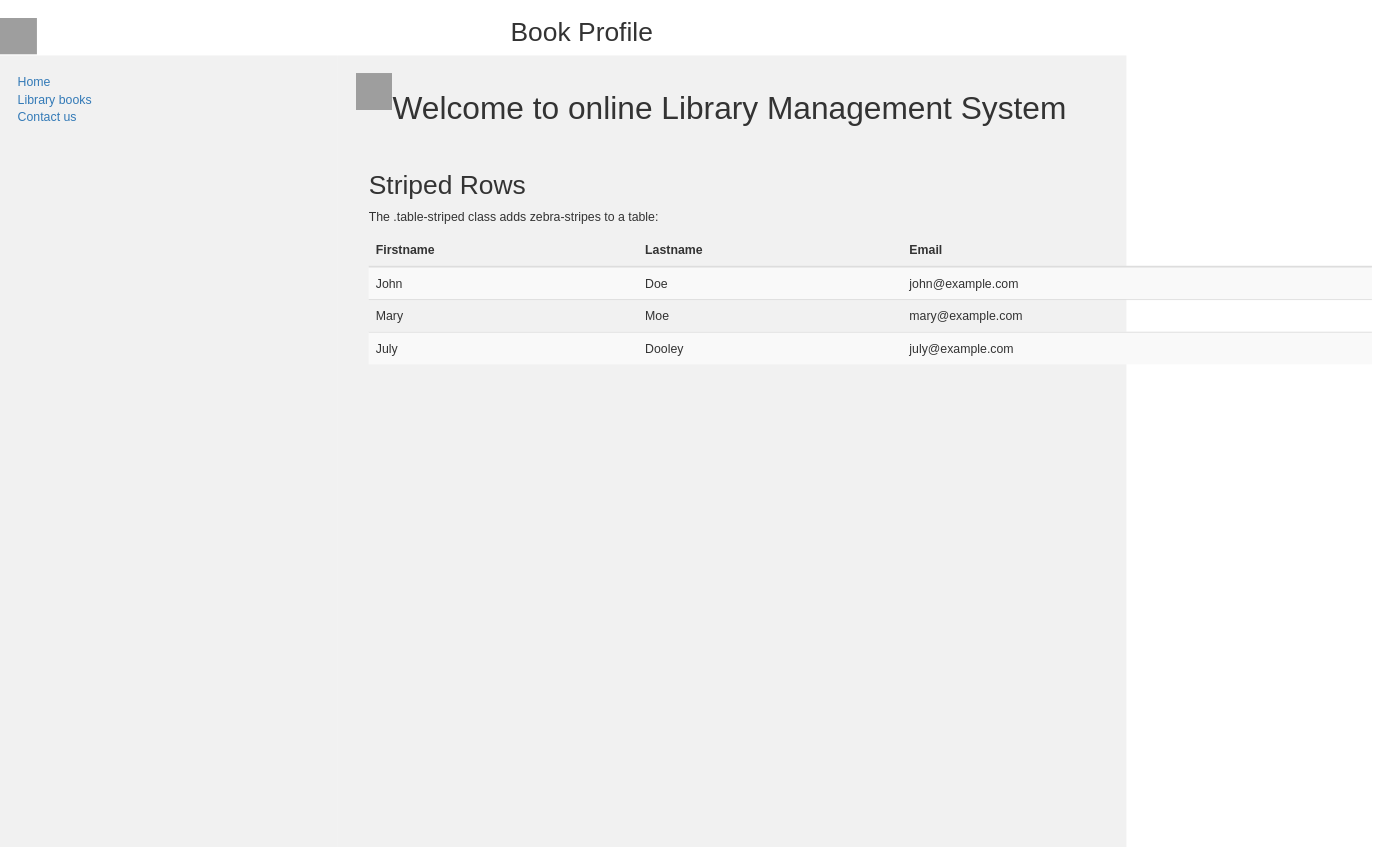
Repository: sandunigayanjali/Library_System
Page: http://localhost/library_management/bookProfille.jsp
An editor plug-in stored every save of this project. The page is shown before and after the next save, followed by the edit.
The browser window is 1280 px wide. The page is 1574 px wide, so the pictures cover 1574 px, including what lies to the right of the window. The pictures show the whole page, at 88% of full size.
Pictures or frames that could not be fetched are drawn as grey boxes. The page is served by Tomcat 9.

Above is the page before, as saved 2018-11-24 12:41:58.

### library management/WebContent/bookProfille.jsp
<%@ page language="java" contentType="text/html; charset=ISO-8859-1"
    pageEncoding="ISO-8859-1"%>
<!DOCTYPE html PUBLIC "-//W3C//DTD HTML 4.01 Transitional//EN" "http://www.w3.org/TR/html4/loose.dtd">
<html>
<head>
<meta http-equiv="Content-Type" content="text/html; charset=ISO-8859-1">
<meta charset="utf-8">
<meta name="viewport" content="width=device-width, initial-scale=1">
<link rel="stylesheet" href="https://maxcdn.bootstrapcdn.com/bootstrap/3.3.7/css/bootstrap.min.css">
  <script src="https://ajax.googleapis.com/ajax/libs/jquery/3.3.1/jquery.min.js"></script>
  <script src="https://maxcdn.bootstrapcdn.com/bootstrap/3.3.7/js/bootstrap.min.js"></script>
<title>Insert title here</title>

<style>
* {
    box-sizing: border-box;
}

body {
    font-family: Arial, Helvetica, sans-serif;
}

/* Style the header */
header {
    background-color: #666;
    padding: 30px;
    text-align: center;
    font-size: 35px;
    color: white;
}

/* Create two columns/boxes that floats next to each other */
nav {
    float: left;
    width: 30%;
    height: 900px; /* only for demonstration, should be removed */
    background: #f1f1f1;
    padding: 20px;
}

/* Style the list inside the menu */
nav ul {
    list-style-type: none;
    padding: 0;
}

article {
    float: left;
    padding: 20px;
    width: 70%;
    background-color: #f1f1f1;
    height: 900px; /* only for demonstration, should be removed */
}

/* Clear floats after the columns */
section:after {
    content: "";
    display: table;
    clear: both;
}
image{
align:center;
}


/* Responsive layout - makes the two columns/boxes stack on top of each other instead of next to each other, on small screens */
@media (max-width: 600px) {
    nav, article {
        width: 100%;
        height: 100%;
    }
}
</style>


</head>
<body>
<center>
<img src="E:\desktop\level 2 semester 2\PROJECT\th.jpg" alt="HTML tutorial" style="float:left;width:42px;height:42px;border:0;">
<h2>Book Profile</h2>
</center>

<section>
  <nav>
    <ul>
      <li><a href="#">Home</a></li>
      <li><a href="#">Library books</a></li>
      <li><a href="#">Contact us</a></li>
    </ul>
  </nav>

  <article>

<image> <img src="E:\desktop\level 2 semester 2\PROJECT\lib.jpg" alt="HTML tutorial" style="float:left;width:42px;height:42px;border:0;"></image><br>
    <h1>Welcome to online Library Management System</h1>

    <br>
    <div class="container">
  <h2>Striped Rows</h2>
  <p>The .table-striped class adds zebra-stripes to a table:</p>
  <table class="table table-striped">
    <thead>
      <tr>
        <th>Firstname</th>
        <th>Lastname</th>
        <th>Email</th>
      </tr>
    </thead>
    <tbody>
      <tr>
        <td>John</td>
        <td>Doe</td>
        <td>john@example.com</td>
      </tr>
      <tr>
        <td>Mary</td>
        <td>Moe</td>
        <td>mary@example.com</td>
      </tr>
      <tr>
        <td>July</td>
        <td>Dooley</td>
        <td>july@example.com</td>
      </tr>
    </tbody>
  </table>
</div>


  </article>
</section>

</body>
</html>

After the next save:
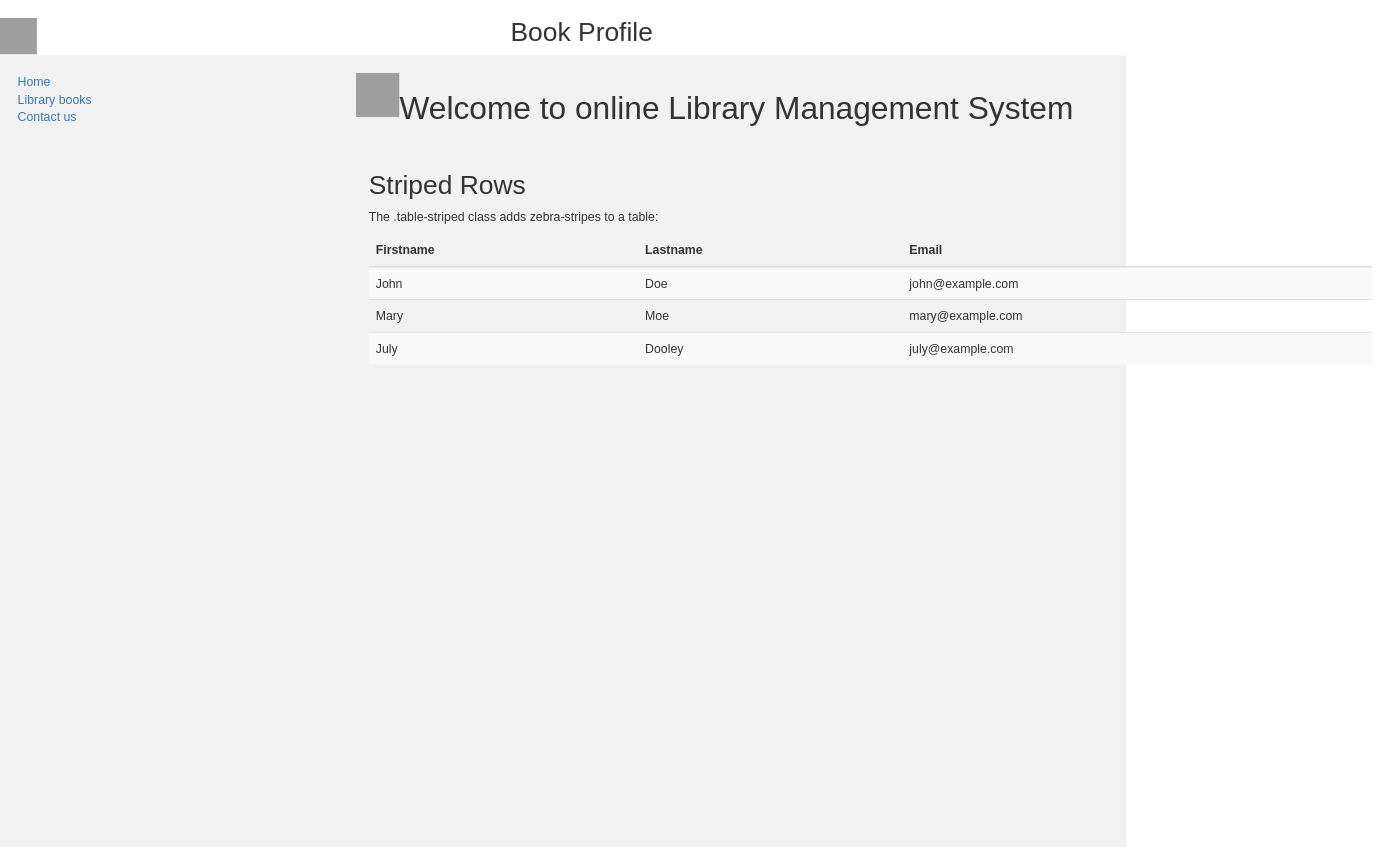
Saved 50 s later.
--- a/library management/WebContent/bookProfille.jsp
+++ b/library management/WebContent/bookProfille.jsp
@@ -91,7 +91,7 @@ align:center;
 
   <article>
 
-<image> <img src="E:\desktop\level 2 semester 2\PROJECT\lib.jpg" alt="HTML tutorial" style="float:left;width:42px;height:42px;border:0;"></image><br>
+<image> <img src="E:\desktop\level 2 semester 2\PROJECT\lib.jpg" alt="HTML tutorial" style="float:left;width:50px;height:50px;border:0;"></image><br>
     <h1>Welcome to online Library Management System</h1>
 
     <br>
